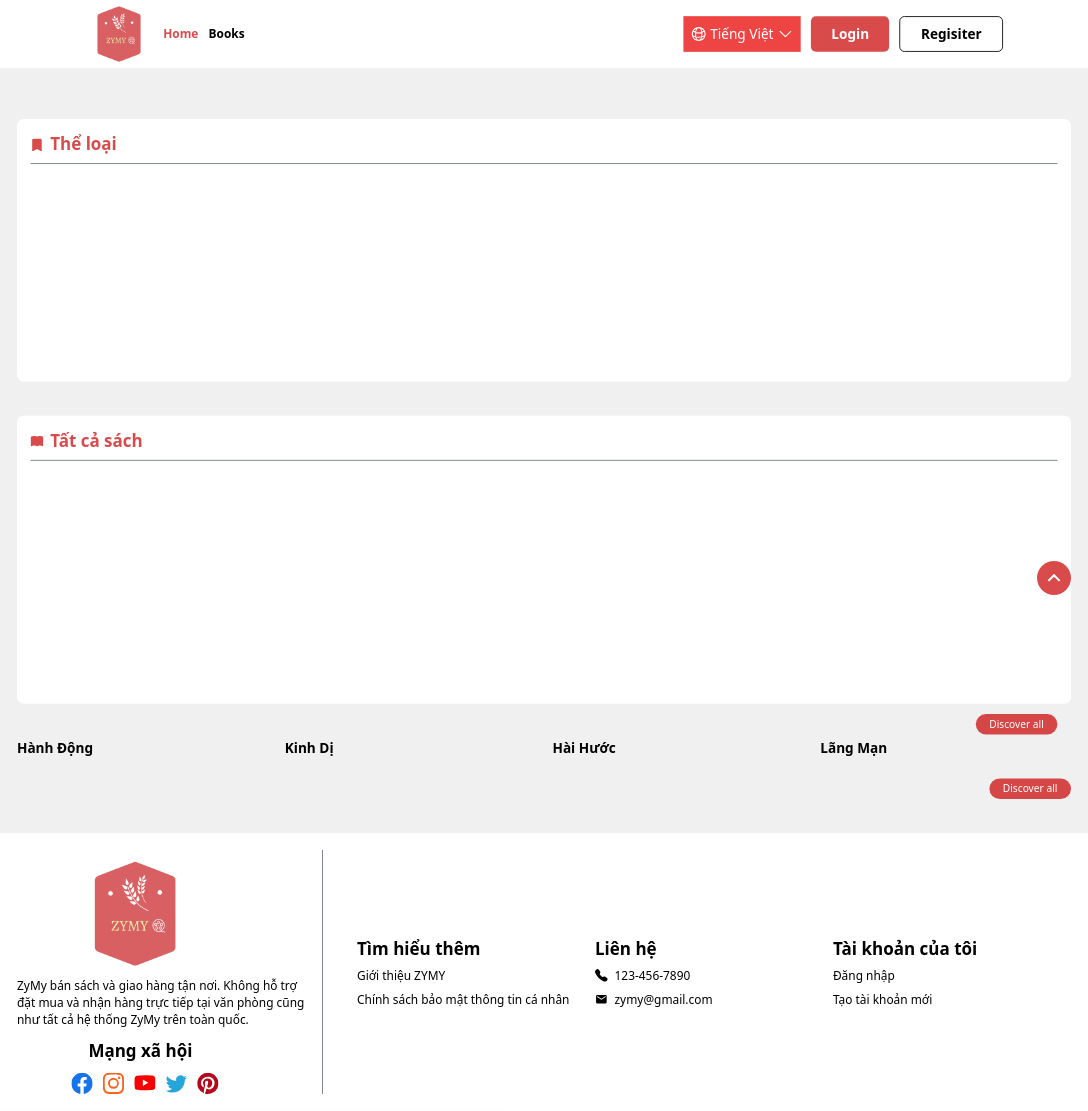
Repository: NguyenDinhThuyVy/website_selling_books
Page: / (app in FrontEnd/)
An editor plug-in stored every save of this project. The page is shown before and after the next save, followed by the edit.
The browser window is 1280 px wide. The pictures show the whole page, at 85% of full size.
The page's requests for data from a server got no answer. The project was rebuilt for these pictures with package versions that can differ from the ones it lists, and the page was loaded fresh each time. Some packages were replaced by stand-ins written for this rebuild. The framework's server and built-in components were replaced by stand-ins that run in the browser. No one was signed in, and anything a server would have sent is missing. Also part of the build but not shown: FrontEnd/next.config.js, FrontEnd/src/components/InforLogin/styles.scss, FrontEnd/src/components/InforLogin/index.jsx, FrontEnd/src/app/(default)/(public)/home/components/CategoryColumn/CategoryColumnContent/index.jsx, FrontEnd/src/styles/CategoryItem.scss, FrontEnd/src/app/(default)/(public)/home/components/CategoryItem/index.jsx, FrontEnd/src/app/(default)/(public)/home/components/BannerItem/index.jsx, FrontEnd/src/styles/BookItem.scss and 1 more.

Above is the page before, as saved 2023-12-29 15:16:26.

After the next save:
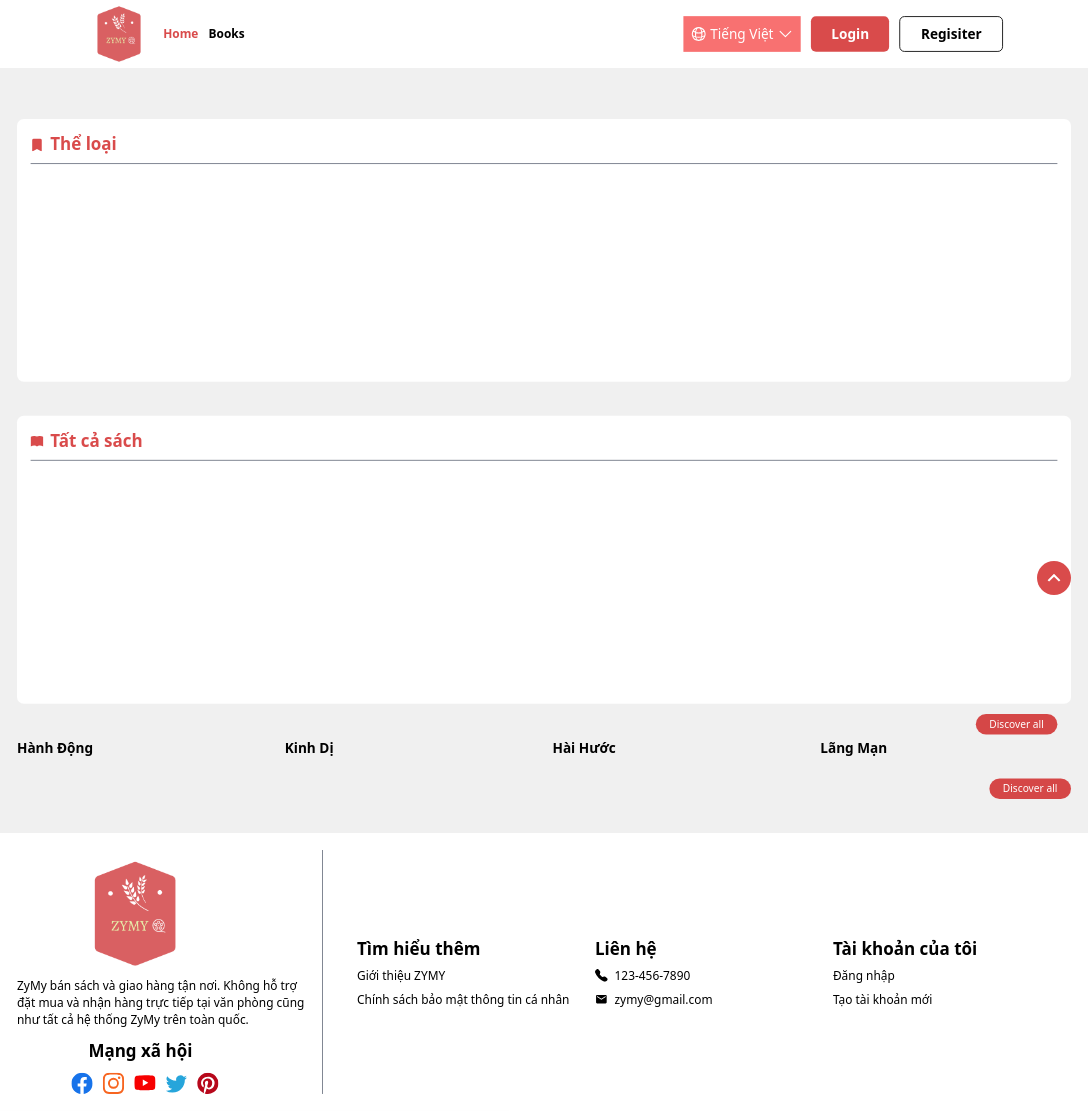
Saved 6 s later.
--- a/FrontEnd/src/components/layout/Header/index.jsx
+++ b/FrontEnd/src/components/layout/Header/index.jsx
@@ -103,7 +103,7 @@
         ) : (
           <>
             <Popover
-              className="flex items-center py-1 hover:text-gray-300 cursor-pointer  z-40 bg-red-500 text-white font-medium px-2 "
+              className="flex items-center py-1 hover:text-gray-300 cursor-pointer  z-40 bg-red-400 text-white font-medium px-2 "
               renderPopover={
                 <div className="bg-red-300 relative shadow-md rounded-sm border border-gray-200 z-40">
                   <div className="flex flex-col py-2 pr-28 pl-3">

After the save that followed:
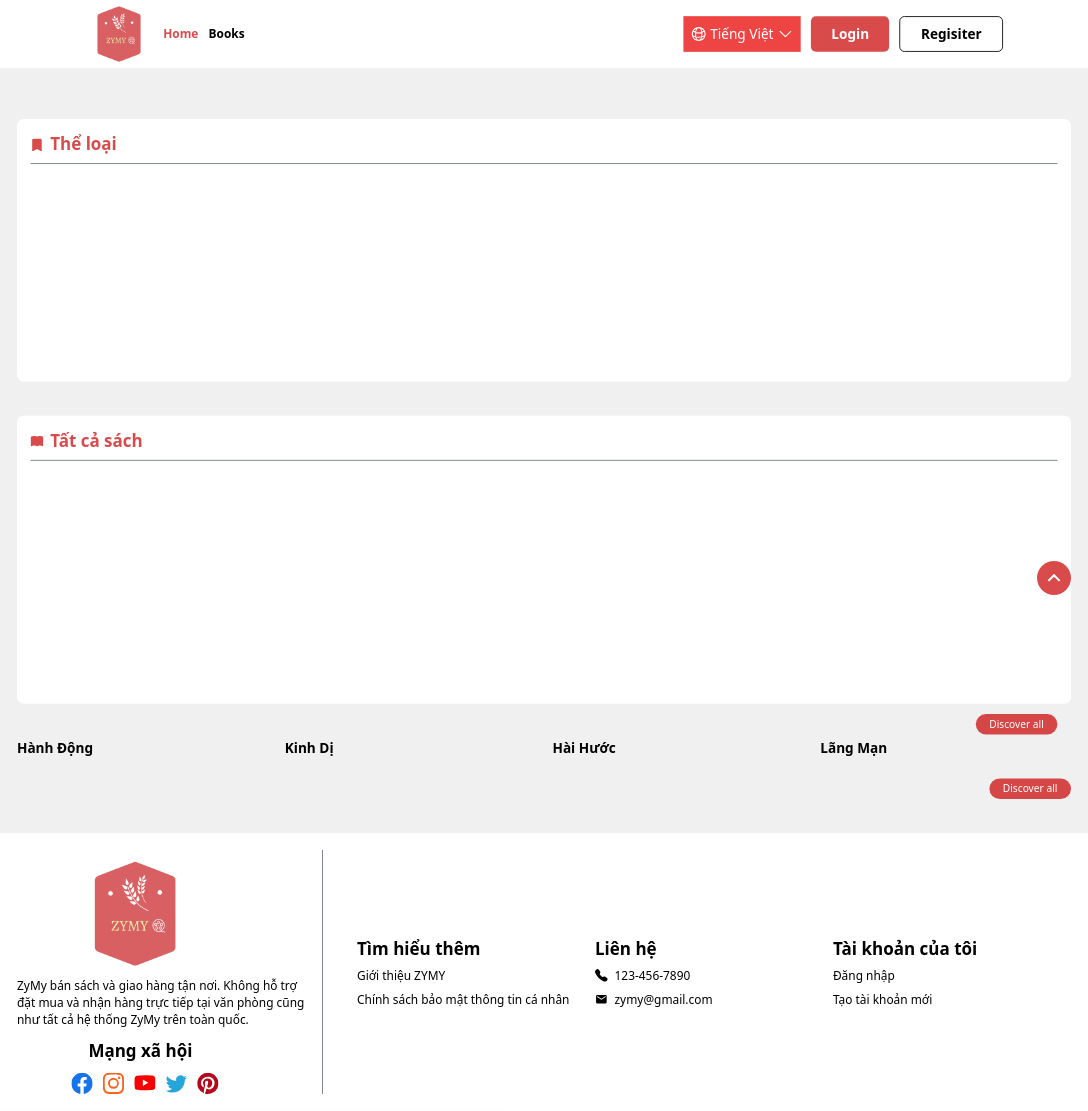
Saved 7 s later.
--- a/FrontEnd/src/components/layout/Header/index.jsx
+++ b/FrontEnd/src/components/layout/Header/index.jsx
@@ -103,7 +103,7 @@
         ) : (
           <>
             <Popover
-              className="flex items-center py-1 hover:text-gray-300 cursor-pointer  z-40 bg-red-400 text-white font-medium px-2 "
+              className="flex items-center py-1 hover:text-gray-300 cursor-pointer  z-40 bg-red-500 text-white font-medium px-2 "
               renderPopover={
                 <div className="bg-red-300 relative shadow-md rounded-sm border border-gray-200 z-40">
                   <div className="flex flex-col py-2 pr-28 pl-3">
